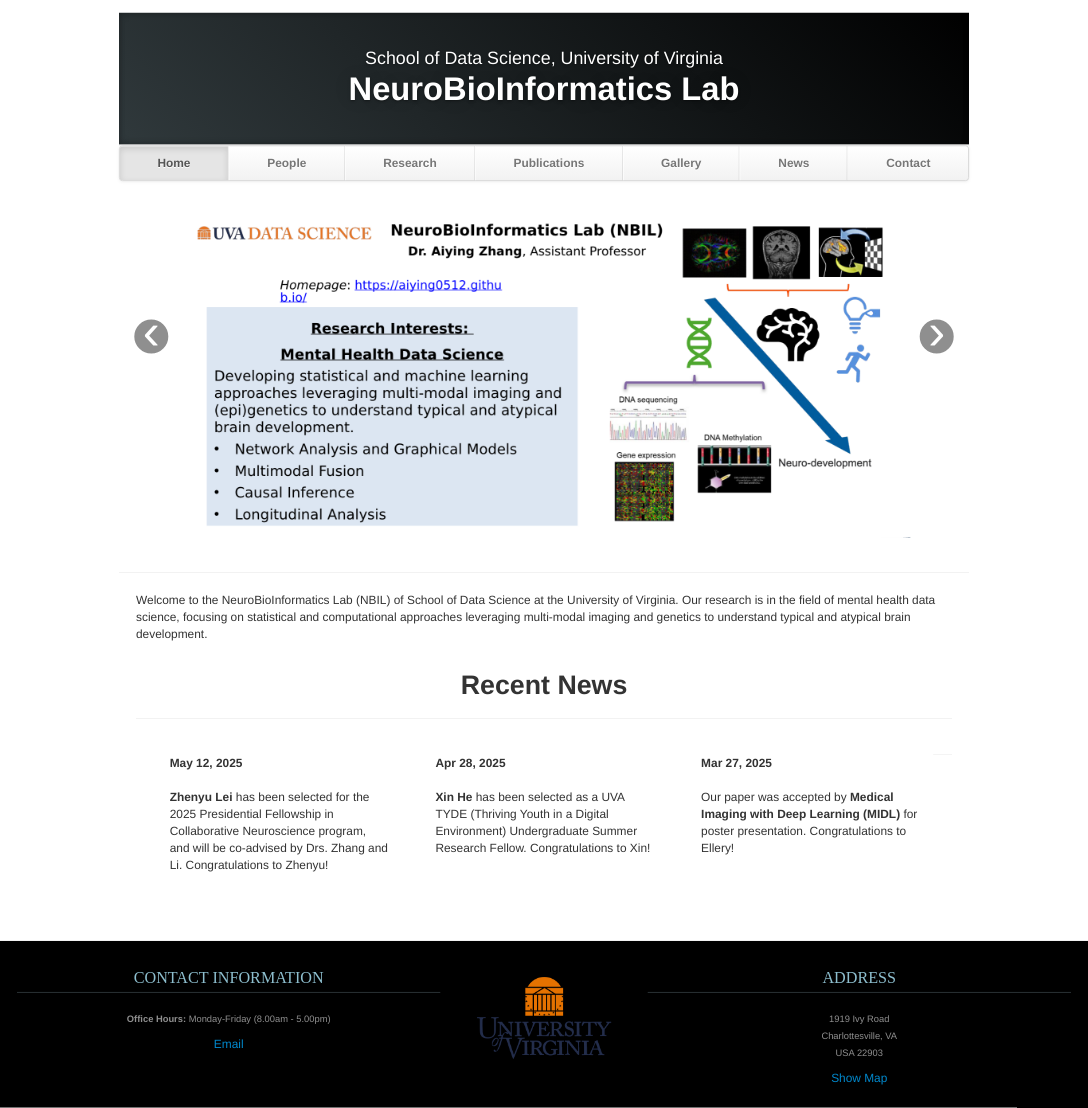
Repository: nbillab/nbillab.io
Page: index.html
An editor plug-in stored every save of this project. The page is shown before and after the next save, followed by the edit.
The browser window is 1280 px wide. The pictures show the whole page, at 85% of full size.

Above is the page before, as saved 2025-09-01 12:17:40.

### index.html
<!DOCTYPE html>
<html lang="en">
   <head>
      <meta charset="utf-8">
      <title>NeuroBioInformatics Lab</title>
      <meta name="viewport" content="width=device-width, initial-scale=1.0">
      <meta name="description" content="Research Lab, Home, Velit Aliquet Sagittis University">
      <meta name="author" content="">
      <!-- Le styles -->
      <link href="css/bootstrap.min.css" rel="stylesheet">
      <link href="css/bootstrap-responsive.min.css" rel="stylesheet">
      <link href="css/theme.css" rel="stylesheet">
   </head>
   <body>
      <div class="container">
         <header class="jumbotron subhead" id="overview">
            <p class="lead"> School of Data Science, University of Virginia </p>
            <h1>NeuroBioInformatics Lab</h1>
         </header>
         <div class="masthead">
            <div class="navbar">
               <div class="navbar-inner">
                  <div class="container">
                     <ul class="nav">
                        <li class="active"><a href="#">Home</a></li>
                        <li><a href="people.html">People</a></li>
                        <li><a href="research.html">Research</a></li>
                        <li><a href="publications.html">Publications</a></li>
                        <li><a href="gallery.html">Gallery</a></li>
                        <li><a href="news.html">News</a></li>
                        <li><a href="contact.html">Contact</a></li>
                     </ul>
                  </div>
               </div>
            </div>
         </div>
         <div class="row-fluid">
            <div class="span12">
               <div id="main-carousel" class="carousel slide">
                  <div class="carousel-inner">
                     <div class="item active">
                        <img src="images/lab_intro.png" class="carousel-image" alt="Lab Introduction" style="width: 100%; max-height: 400px; object-fit: contain;">
                     </div>
                     <div class="item">
                        <img src="images/IBrain_GNN.png" class="carousel-image" alt="Lab Gathering" style="width: 100%; max-height: 400px; object-fit: contain;">
                     </div>
                  </div>
                  <a class="left carousel-control" href="#main-carousel" data-slide="prev">‹</a>
                  <a class="right carousel-control" href="#main-carousel" data-slide="next">›</a>
               </div>
            </div>
         </div>
         <hr>
         <div class="container-fluid">
            <div class="row-fluid marketing">
               <div class="span12">
                  <p>
   Welcome to the NeuroBioInformatics Lab (NBIL) of School of Data Science at the University of Virginia.
   Our research is in the field of mental health data science, focusing on statistical and computational
   approaches leveraging multi-modal imaging and genetics to understand typical and atypical brain development.
                  </p>
                  <br/>
               </div>
               <div class="row-fluid">
                  <hr>
                  <h2 class="centered">Recent News</h2>
                  <hr>
               </div>
               <div class="span4 feature-item">
                  <h5><span class="date">May 12, 2025</span></h5>
                  <p><strong>Zhenyu Lei</strong> has been selected for the 2025 Presidential Fellowship in Collaborative Neuroscience program, and will be co-advised by Drs. Zhang and Li. Congratulations to Zhenyu!</p>
                  <br/>
               </div>
               <div class="span4 feature-item">
                  <h5><span class="date">Apr 28, 2025</span></h5>
                  <p><strong>Xin He</strong> has been selected as a UVA TYDE (Thriving Youth in a Digital Environment) Undergraduate Summer Research Fellow. Congratulations to Xin!</p>
                  <br/>
               </div>
               <div class="span4 feature-item">
                  <h5><span class="date">Mar 27, 2025</span></h5>
                  <p>Our paper was accepted by <strong>Medical Imaging with Deep Learning (MIDL)</strong> for poster presentation. Congratulations to Ellery!</p>
                  <br/>
               </div>
               <hr>
            </div>
            <div class="row-fluid">
               <!-- Additional news items can be added here if needed -->
            </div>
         </div>
      </div>
      <footer id="footer">
         <div class="container-fluid">
            <div class="row-fluid">
               <div class="span5">
                  <h3>Contact Information</h3>
                  <p><b>Office Hours: </b>Monday-Friday (8.00am - 5.00pm)</p>
                  <a href="mailto:xsa5db@virginia.edu">Email</a>
               </div>
               <div class="span2">
                  <a href="https://datascience.virginia.edu/"><img src = "images/UVA.png" alt="research-lab-logo"/></a>
               </div>
               <div class="span5">
                  <h3>Address</h3>
                  <p>1919 Ivy Road<br>
                     Charlottesville, VA<br>
                     USA 22903
                  </p>
                  <a href="http://maps.google.com/">Show Map</a>
               </div>
            </div>
         </div>
      </footer>

      <!-- Javascript files -->
      <script src="js/jquery-1.9.1.min.js"></script>
      <script src="js/bootstrap.min.js"></script>
   </body>
</html>

### css/theme.css
body {
	padding-top: 15px;
	padding-bottom: 0px;
}


/* Custom container */

.container {
	margin: 0 auto;
	max-width: 1000px;
}

.container>hr {
	margin: 20px 0
}


/* Customize the navbar links to be fill the entire space of the .navbar */

.navbar .navbar-inner {
	padding: 0
}

.navbar .nav {
	margin: 0;
	display: table;
	width: 100%;
}

.navbar .nav li {
	display: table-cell;
	width: 1%;
	float: none;
}

.navbar .nav li a {
	font-weight: bold;
	text-align: center;
	border-left: 1px solid rgba(255, 255, 255, .75);
	border-right: 1px solid rgba(0, 0, 0, .1);
}

.navbar .nav li:first-child a {
	border-left: 0;
	border-radius: 3px 0 0 3px;
}

.navbar .nav li:last-child a {
	border-right: 0;
	border-radius: 0 3px 3px 0;
}

body>.navbar {
	font-size: 13px
}


/* Change the docs' brand */

body>.navbar .brand {
	padding-right: 0;
	padding-left: 0;
	margin-left: 20px;
	float: right;
	font-weight: bold;
	color: #000;
	text-shadow: 0 1px 0 rgba(255, 255, 255, .1), 0 0 30px rgba(255, 255, 255, .125);
	-webkit-transition: all .2s linear;
	-moz-transition: all .2s linear;
	transition: all .2s linear;
}

body>.navbar .brand:hover {
	text-decoration: none;
	text-shadow: 0 1px 0 rgba(255, 255, 255, .1), 0 0 30px rgba(255, 255, 255, .4);
}


/* Sidenav for Docs
         -------------------------------------------------- */

@media screen and (max-width: 768px) {
	.bs-docs-sidenav {
		display: none !important;
	}
}

.bs-docs-sidenav {
	width: 228px;
	margin: 30px 0 0;
	padding: 0;
	background-color: #fff;
	-webkit-border-radius: 6px;
	-moz-border-radius: 6px;
	border-radius: 6px;
	-webkit-box-shadow: 0 1px 4px rgba(0, 0, 0, .065);
	-moz-box-shadow: 0 1px 4px rgba(0, 0, 0, .065);
	box-shadow: 0 1px 4px rgba(0, 0, 0, .065);
}

.bs-docs-sidenav>li>a {
	display: block;
	width: 200px;
	margin: 0 0 -1px;
	padding: 8px 14px;
	border: 1px solid #e5e5e5;
}

.bs-docs-sidenav>li>a.subhead {
	display: block;
	width: 168px;
	margin: 0 0 -1px;
	padding: 8px 30px;
	border: 1px solid #e5e5e5;
	font-size: 12px;
}

.bs-docs-sidenav>li:first-child>a {
	-webkit-border-radius: 6px 6px 0 0;
	-moz-border-radius: 6px 6px 0 0;
	border-radius: 6px 6px 0 0;
}

.bs-docs-sidenav>li:last-child>a {
	-webkit-border-radius: 0 0 6px 6px;
	-moz-border-radius: 0 0 6px 6px;
	border-radius: 0 0 6px 6px;
}

.bs-docs-sidenav>.active>a {
	position: relative;
	z-index: 2;
	padding: 9px 15px;
	border: 0;
	text-shadow: 0 1px 0 rgba(0, 0, 0, .15);
	-webkit-box-shadow: inset 1px 0 0 rgba(0, 0, 0, .1), inset -1px 0 0 rgba(0, 0, 0, .1);
	-moz-box-shadow: inset 1px 0 0 rgba(0, 0, 0, .1), inset -1px 0 0 rgba(0, 0, 0, .1);
	box-shadow: inset 1px 0 0 rgba(0, 0, 0, .1), inset -1px 0 0 rgba(0, 0, 0, .1);
}

.bs-docs-sidenav>li>a:hover {
	background-color: #f5f5f5
}

.bs-docs-sidenav a:hover .icon-chevron-right {
	opacity: .5
}

.bs-docs-sidenav.affix {
	top: 10px
}

.bs-docs-sidenav.affix-bottom {
	position: absolute;
	top: auto;
	bottom: 270px;
}


/* Responsive
         -------------------------------------------------- */

.affix {
	top: 0px
}

#media {
	margin-top: 70px
}

#media .header {
	margin-left: 0;
	margin-bottom: 56px;
	margin-top: 30px;
}

#media .post_row {
	margin-left: 0;
	margin-bottom: 40px;
}

#media .lastpost_row {
	margin-bottom: 0
}

#media .post_row .post {
	background: #fff;
	/*margin-left: 0;;
    margin-right: 20px;*/
	border-radius: 4px;
	box-shadow: 1px 1px 2px 0px #E0E0E0;
	width: 487px;
	height: 616px;
}

#media .post_row .last {
	margin-right: 0
}

#media .post_row .post .img {
	position: relative;
	text-align: center;
}

#media .post_row .post .img .date {
	background: #E8554E;
	position: absolute;
	padding: 2px 5px;
	top: 0;
	left: 11px;
}

#media .post_row .post .img .date p {
	color: #fff;
	font-size: 14px;
	font-weight: bold;
	font-style: italic;
	margin: 0;
}

#media .post_row .post .img img {
	height: 275px;
	width: 410px;
}

#media .post_row .post .text {
	margin: 18px auto 0;
	width: 83%;
}

#media .post_row .post .text h5 {
	margin: 0 0 8px 0;
	font-size: 20px;
	line-height: 23px;
}

#media .post_row .post .text h5 a {
	color: #333
}

#media .post_row .post .text span.date {
	color: #9F9F9F;
	display: block;
	margin-bottom: 12px;
	font-style: italic;
	font-size: 13px;
}

#media .post_row .post .text p {
	margin: 0;
	line-height: 21px;
	font-size: 14px;
}

#media .post_row .post .author_box {
	margin: 12px auto 20px;
	border-top: 1px solid #EDEDED;
	overflow: hidden;
	text-align: left;
	width: 85%;
	padding-top: 12px;
}

#media .post_row .post .author_box h6 {
	margin: 0 0 3px 0;
	font-size: 13px;
	line-height: 15px;
	font-style: italic;
	font-weight: normal;
	color: #B2B2B2;
}

#media .post_row .post .author_box p {
	color: #B2B2B2;
	font-style: italic;
	font-size: 13px;
	line-height: 14px;
	margin: 0;
}

#media .post_row .post .author_box img {
	float: right
}

#media .post_row .post a.plus_wrapper {
	width: 99%;
	text-align: center;
	background: #fff;
	display: none;
	border-radius: 0px 0px 4px 4px;
	padding: 6px 0px 2px;
	margin: 0 auto 1px;
}

#media .post_row .post a.plus_wrapper span {
	color: #1189D9;
	font-size: 30px;
	font-weight: bold;
}

#media .post_row .post:hover a.plus_wrapper {
	display: block
}

#media .post_row .post:hover {
	box-shadow: 0px 1px 5px 1px rgb(216, 216, 216)
}

#media .post_row .post:hover .text h5 a {
	color: #1189D9
}

.map .box_wrapp {
	position: absolute;
	margin: 15px auto;
	box-shadow: 0 0 7px 0 rgba(26, 26, 26, 0.4);
	padding: 30px 0 30px;
	background: white;
	border-radius: 4px;
	margin-top: 25px;
}

.map .box_wrapp .box_cont {
	margin: 30px auto;
	width: 76%;
}

.section-header {
	text-align: center;
	margin-bottom: 35px;
}

.section-header h1,
.title-text {
	font-weight: bold;
	font-size: 30px;
	margin: 12.5px 0;
	font-weight: 100;
	margin-bottom: 25px;
	line-height: 55px;
}

.feature-item:hover {
	box-shadow: 0px 1px 5px 1px rgb(216, 216, 216)
}

.feature-item img {
	margin-left: 15px;
	margin-right: 15px;
	max-width: 90%;
	height: 200px;
}

.feature-item h5 {
	margin-left: 15px;
	margin-right: 15px;
	margin-top: 20px;
	margin-bottom: 20px;
}

.feature-item p {
	margin-left: 15px;
	margin-right: 15px;
}

.feature-heading {
	margin-top: 20px;
	margin-bottom: 20px;
	margin-left: 15px;
	margin-right: 15px;
}

.feature-heading a:hover {
	text-decoration: none;
}

.feature-button {
	font-size: 16px;
	background-image: none;
	box-shadow: none;
	margin-bottom: 10px;
}

.centered {
	text-align: center;
}

.subhead {
	text-align: left;
	border-bottom: 1px solid #ddd;
}

.jumbotron {
	position: relative;
	padding: 45px 0px 35px 0px;
	color: #fff;
	text-align: center;
	text-shadow: 0 1px 3px rgba(0, 0, 0, .4), 0 0 30px rgba(0, 0, 0, .075);
	background: #30393C;
	background: -moz-linear-gradient(45deg, #30393C 0%, #000000 100%);
	background: -webkit-gradient(linear, left bottom, right top, color-stop(0%, #30393C), color-stop(100%, #30393C));
	background: -webkit-linear-gradient(45deg, #30393C 0%, #000000 100%);
	background: -o-linear-gradient(45deg, #30393C 0%, #000000 100%);
	background: -ms-linear-gradient(45deg, #30393C 0%, #000000 100%);
	background: linear-gradient(45deg, #30393C 0%, #000000 100%) repeat;
	-webkit-box-shadow: inset 0 3px 7px rgba(0, 0, 0, .2), inset 0 -3px 7px rgba(0, 0, 0, .2);
	-moz-box-shadow: inset 0 3px 7px rgba(0, 0, 0, .2), inset 0 -3px 7px rgba(0, 0, 0, .2);
	box-shadow: inset 0 3px 7px rgba(0, 0, 0, .2), inset 0 -3px 7px rgba(0, 0, 0, .2);
}

.jumbotron:after {
	content: '';
	display: block;
	position: absolute;
	top: 0;
	right: 0;
	bottom: 0;
	left: 0;
	opacity: .4;
}

.lead {
	margin-bottom: 0px;
	font-size: 21px;
	font-weight: 200;
	line-height: 15px;
}

img.float-left {
	float: left;
	margin-top: 9px;
	margin-left: 0px;
	margin-right: 30px;
	margin-bottom: 12px;
}

img.float-right {
	float: right;
	margin-top: 9px;
	margin-right: 0px;
	margin-bottom: 12px;
	margin-left: 30px;
}

img.publications-thumb {
	width: 142px;
	height: 188px;
}

.caption {
	margin: 10px;
}

.responsive-video {
	position: relative;
	padding-bottom: 56.25%;
	padding-top: 60px;
	overflow: hidden;
}

.responsive-video iframe,
.responsive-video object,
.responsive-video embed {
	position: absolute;
	top: 0;
	left: 0;
	width: 93.5%;
	height: 93.5%;
}

.video-caption {
	margin: 10px;
}

.accordion {
	margin-bottom: 20px;
	margin-right: 40px;
}

.thumbnail>img.sponsor {
	width: 212px;
	height: 150px;
}

img.carousel-image {
	width: 100%;
}

li.publication {
	margin-bottom: 20px;
}

.page-header h3 a:hover {
	text-decoration: none;
}

iframe.map-frame {
	border: none;
	overflow: hidden;
	margin-top: 10px;
	margin-bottom: 10px;
	margin-left: 0px;
	margin-right: 0px;
	height: 550px;
	width: 100%;
}

ul.sponsors {
	margin-top: 40px;
	margin-bottom: 40px;
}

#footer {
	z-index: 10;
	margin-top: 50px;
	margin-bottom: 0px;
	padding-bottom: 25px;
	border-top-width: 8px;
	border-top-style: solid;
	border-top-color: #2F2F2F;
	background-color: #000000;
	border: 0;
	font-size: 100%;
	font: inherit;
	vertical-align: baseline;
	text-align: center;
}

#footer h3 {
	font-size: 19px;
	text-transform: uppercase;
	font-family: BebasNeueRegular;
	color: #8DBECE;
	border-bottom-width: 1px;
	border-bottom-style: solid;
	border-bottom-color: #30393C;
	line-height: 35px;
	margin-bottom: 20px;
	margin-top: 25px;
	font-weight: normal;
}

#footer a img {
	margin-top: 40px;
}

#footer p,
#footer address {
	color: #8F8F8F;
	font-size: 11px;
}

Loaded but not shown: css/bootstrap.min.css (library); css/bootstrap-responsive.min.css (library); js/jquery-1.9.1.min.js (library); js/bootstrap.min.js (library)

After the next save:
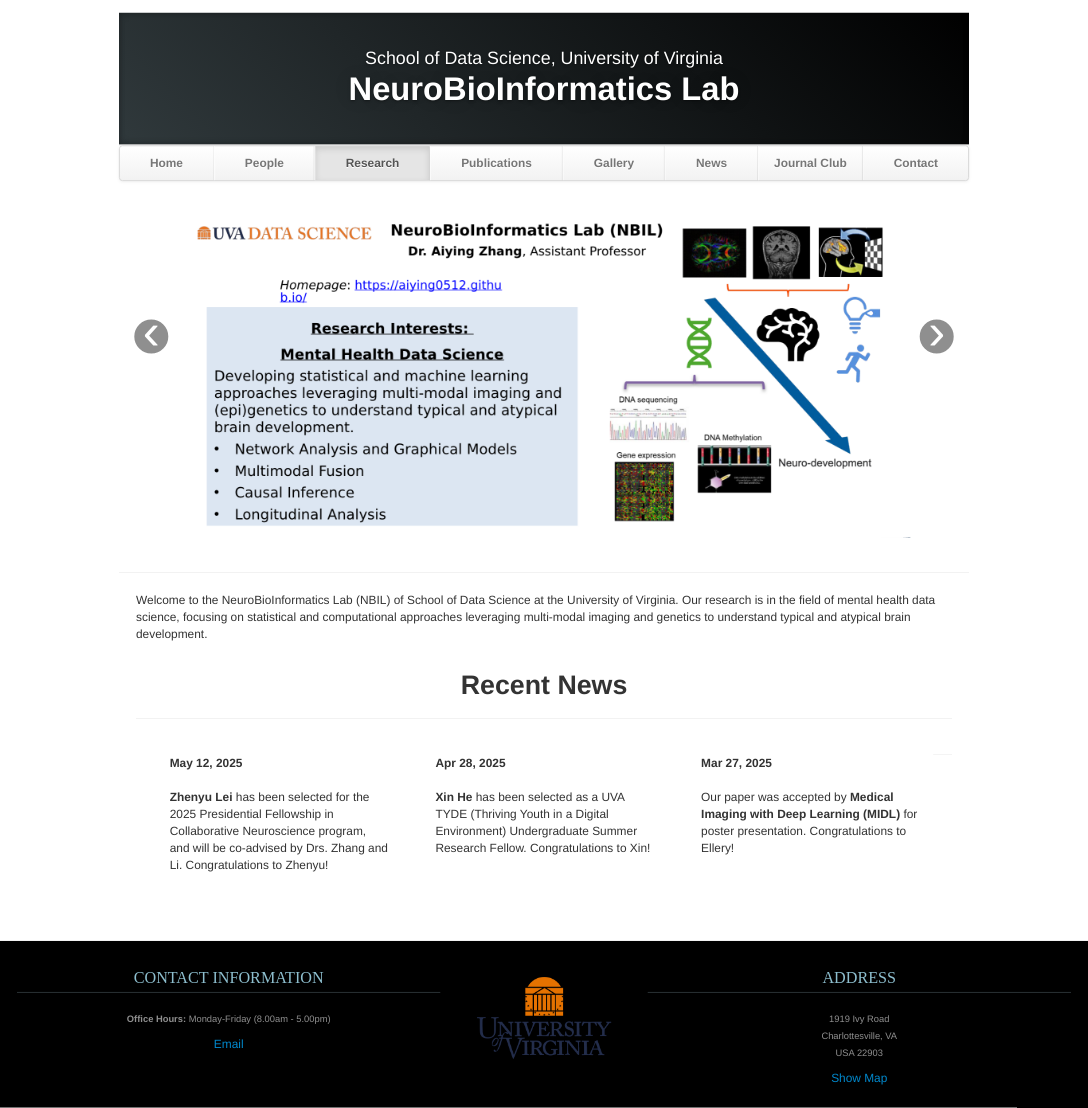
Saved 3 min 56 s later.
--- a/index.html
+++ b/index.html
@@ -22,12 +22,13 @@
                <div class="navbar-inner">
                   <div class="container">
                      <ul class="nav">
-                        <li class="active"><a href="#">Home</a></li>
+                        <li><a href="index.html">Home</a></li>
                         <li><a href="people.html">People</a></li>
-                        <li><a href="research.html">Research</a></li>
+                        <li class="active"><a href="#">Research</a></li>
                         <li><a href="publications.html">Publications</a></li>
                         <li><a href="gallery.html">Gallery</a></li>
                         <li><a href="news.html">News</a></li>
+                        <li><a href="journalclub.html">Journal Club</a></li>
                         <li><a href="contact.html">Contact</a></li>
                      </ul>
                   </div>
